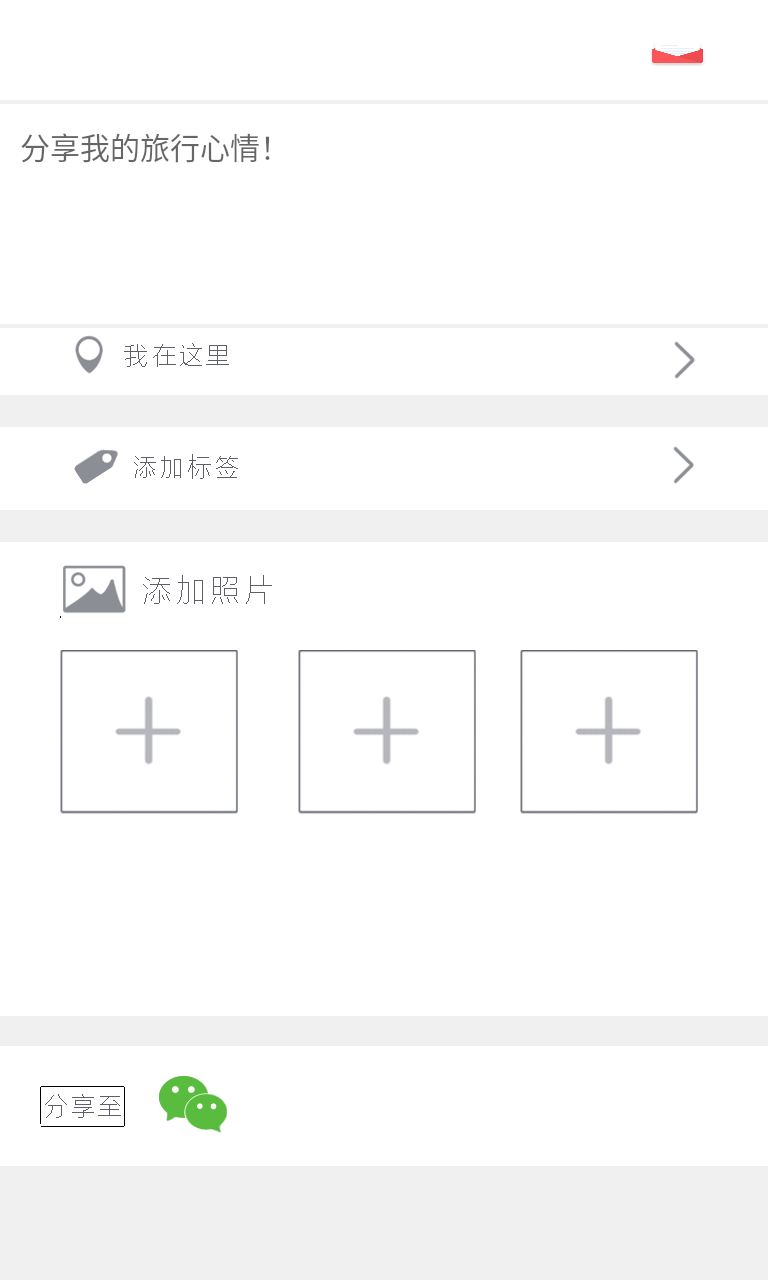
Repository: MinoyJet/Amoy
Layout: beta5/res/layout/sq_fatie.xml
These files come from the project's save history. The layout is drawn as it stood at one moment and after the next save; the edit follows.
It is drawn on a 768 x 1280 px phone screen (xhdpi) without system bars, with theme AppTheme; the app's code is not run.

Above is the layout before, as saved 2015-04-25 08:47:29.

### beta5/res/layout/sq_fatie.xml
<?xml version="1.0" encoding="utf-8"?>
<LinearLayout xmlns:android="http://schemas.android.com/apk/res/android"
    android:layout_width="match_parent"
    android:layout_height="match_parent"
    android:background="#f0f0f0"
    android:orientation="vertical" >
    <LinearLayout
        android:layout_width="fill_parent"
        android:layout_height="wrap_content"
        android:gravity="right"
        android:layout_marginBottom="2dp"
        android:background="#ffffff">
    <ImageButton
        android:id="@+id/fabu"
        android:layout_width="50.5dp"
        android:layout_height="21.5dp"
        android:layout_marginRight="20dp"
        android:layout_marginTop="16.5dp"
        android:layout_marginBottom="12dp"
        android:background="@drawable/fabu"
        />
    </LinearLayout>
    <EditText
        android:id="@+id/et_fabu"
        android:layout_width="fill_parent"
        android:layout_height="110dp"
        android:textColor="#ffffff"
        android:background="#ffffff"
        android:gravity="left"
        android:hint="分享我的旅行心情！"
        android:padding="10dp"
        android:textSize="15dp"
        />
    <LinearLayout
        android:layout_width="fill_parent"
        android:layout_height="wrap_content"
        android:background="#ffffff"
        android:gravity="center"
        android:layout_marginTop="2dp"
        >
        <ImageButton
        android:layout_width="wrap_content"
        android:layout_height="wrap_content"
        android:layout_gravity="center"
        android:background="#ffffff"
        android:src="@drawable/wozaizheli"/>
    </LinearLayout>
    <LinearLayout
        android:layout_width="fill_parent"
        android:layout_height="wrap_content"
        android:background="#ffffff"
        android:gravity="center"
        android:layout_marginTop="16dp"
        >

    <ImageButton
        android:id="@+id/biaoqian"
        android:layout_width="wrap_content"
        android:layout_height="wrap_content"
       android:background="#ffffff"
        android:src="@drawable/tianjiabiaoqian"/>
     </LinearLayout>
    <LinearLayout
        android:layout_width="fill_parent"
        android:layout_height="237dp"
        android:layout_marginTop="16dp"
        android:background="#ffffff"
        android:orientation="vertical"
        >
        <ImageButton
            android:id="@+id/jiazhaopian"
            android:layout_width="wrap_content"
            android:layout_height="wrap_content"
            android:layout_marginLeft="30dp"
android:layout_marginTop="10dp"            android:background="@drawable/tianjiazhaopian"/>
        <LinearLayout
            android:layout_width="fill_parent"
            android:layout_height="180dp"
            android:layout_marginTop="16dp"
            android:orientation="horizontal">
        <ImageView
            android:layout_width="wrap_content"
            android:layout_height="wrap_content"
            android:layout_marginLeft="30dp"
            android:src="@drawable/jiatupian"/>
        <ImageView
            android:layout_width="wrap_content"
            android:layout_height="wrap_content"
            android:layout_marginLeft="30dp"
            android:src="@drawable/jiatupian"/>
        <ImageButton
            android:id="@+id/jiazhaopian"
            android:layout_width="wrap_content"
            android:layout_height="wrap_content"
            android:layout_marginLeft="22dp"
            android:background="@drawable/jiatupian"/>
        </LinearLayout>
    </LinearLayout>

    <LinearLayout
        android:layout_width="fill_parent"
        android:layout_height="60dp"
        android:layout_marginTop="15dp"
        android:background="#ffffff"
        android:orientation="horizontal" >

        <ImageView
            android:layout_width="wrap_content"
            android:layout_height="wrap_content"
            android:layout_marginLeft="20dp"
            android:layout_marginTop="20dp"

            android:src="@drawable/fenxiangzhi" />

        <ImageButton
            android:id="@+id/weixin"
            android:layout_width="wrap_content"
            android:layout_height="wrap_content"
            android:layout_marginTop="10dp"
            android:layout_marginLeft="10dp"
            android:background="@drawable/weixin"/>

    </LinearLayout>
</LinearLayout>

### beta5/res/values/styles.xml
<resources>

    <!--
        Base application theme, dependent on API level. This theme is replaced
        by AppBaseTheme from res/values-vXX/styles.xml on newer devices.
    -->
    <style name="AppBaseTheme" parent="Theme.AppCompat.Light">
           <item name="android:windowIsTranslucent">true</item>
             <item name="android:windowNoTitle">true</item>
        <!--
            Theme customizations available in newer API levels can go in
            res/values-vXX/styles.xml, while customizations related to
            backward-compatibility can go here.
        -->
    </style>

    <!-- Application theme. -->
    <style name="AppTheme" parent="AppBaseTheme">
        <!-- All customizations that are NOT specific to a particular API-level can go here. -->
    </style>

</resources>

### beta5/res/values-v11/styles.xml
<resources>

    <!--
        Base application theme for API 11+. This theme completely replaces
        AppBaseTheme from res/values/styles.xml on API 11+ devices.
    -->
    <style name="AppBaseTheme" parent="Theme.AppCompat.Light">
           <item name="android:windowIsTranslucent">true</item>
             <item name="android:windowNoTitle">true</item>
        <!-- API 11 theme customizations can go here. -->
    </style>

</resources>

### beta5/res/values-v14/styles.xml
<resources>

    <!--
        Base application theme for API 14+. This theme completely replaces
        AppBaseTheme from BOTH res/values/styles.xml and
        res/values-v11/styles.xml on API 14+ devices.
    -->
    <style name="AppBaseTheme" parent="Theme.AppCompat.Light.DarkActionBar">
           <item name="android:windowIsTranslucent">true</item>
             <item name="android:windowNoTitle">true</item>
        <!-- API 14 theme customizations can go here. -->
    </style>

</resources>

After the next save:
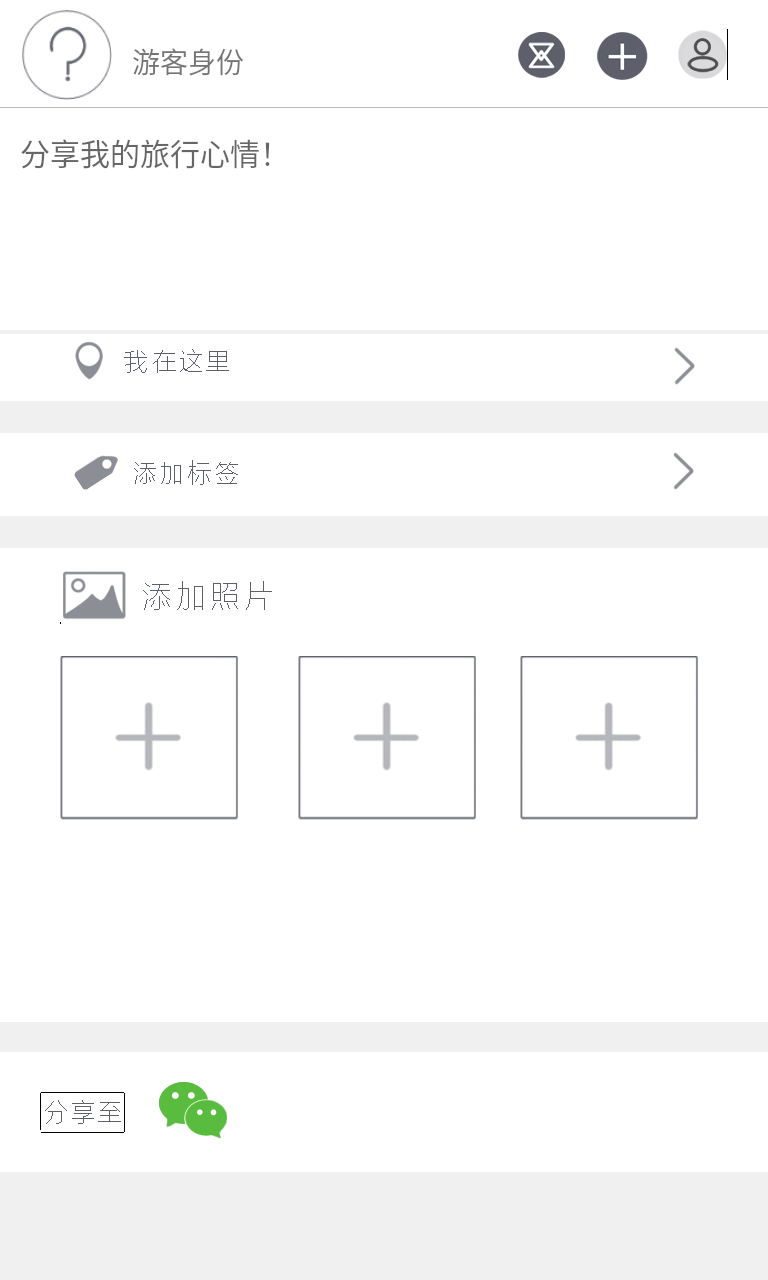
Saved 48 s later.
--- a/beta5/res/layout/sq_fatie.xml
+++ b/beta5/res/layout/sq_fatie.xml
@@ -4,22 +4,73 @@
     android:layout_height="match_parent"
     android:background="#f0f0f0"
     android:orientation="vertical" >
-    <LinearLayout
+    <RelativeLayout
+        android:id="@+id/relativeLayout1"
         android:layout_width="fill_parent"
-        android:layout_height="wrap_content"
-        android:gravity="right"
-        android:layout_marginBottom="2dp"
-        android:background="#ffffff">
-    <ImageButton
-        android:id="@+id/fabu"
-        android:layout_width="50.5dp"
-        android:layout_height="21.5dp"
-        android:layout_marginRight="20dp"
-        android:layout_marginTop="16.5dp"
-        android:layout_marginBottom="12dp"
-        android:background="@drawable/fabu"
-        />
-    </LinearLayout>
+        android:layout_height="55dp"
+        android:background="#ffffff"
+        android:layout_alignParentLeft="true"
+        android:layout_alignParentTop="true"
+        android:orientation="vertical" >
+
+        <ImageView
+            android:id="@+id/imageView2"
+            android:layout_width="match_parent"
+            android:layout_height="wrap_content"
+            android:layout_alignParentBottom="true"
+            android:layout_alignParentLeft="true"
+            android:background="@drawable/xian" />
+
+        <ImageView
+            android:id="@+id/imageView1"
+            android:layout_width="45dp"
+            android:layout_height="45dp"
+            android:layout_alignParentLeft="true"
+            android:layout_centerVertical="true"
+            android:layout_marginLeft="11dp"
+            android:background="@drawable/yonghuyouke" />
+
+        <ImageButton
+            android:id="@+id/haoyou"
+            android:layout_width="wrap_content"
+            android:layout_height="wrap_content"
+            android:layout_alignParentRight="true"
+            android:layout_centerVertical="true"
+            android:layout_marginRight="20dp"
+            android:background="@drawable/haoyou" />
+
+        <ImageButton
+            android:id="@+id/tiezi"
+            android:layout_width="wrap_content"
+            android:layout_height="wrap_content"
+             android:layout_centerVertical="true"
+android:layout_alignParentRight="true"
+android:onClick="quanzi"
+           android:layout_marginRight="100dp"
+
+            android:background="@drawable/tiezi" />
+
+        <ImageButton
+            android:id="@+id/fatie"
+            android:layout_width="wrap_content"
+            android:layout_height="wrap_content"
+                    android:layout_centerVertical="true"
+           android:layout_marginRight="60dp"
+android:layout_alignParentRight="true"
+
+            android:background="@drawable/fatie" />
+
+        <TextView
+            android:id="@+id/textView1"
+            android:layout_width="wrap_content"
+            android:layout_height="wrap_content"
+
+               android:layout_marginTop="20dp"
+            android:layout_marginLeft="10dp"
+            android:layout_toRightOf="@+id/imageView1"
+            android:text="游客身份" />
+
+    </RelativeLayout>
     <EditText
         android:id="@+id/et_fabu"
         android:layout_width="fill_parent"
